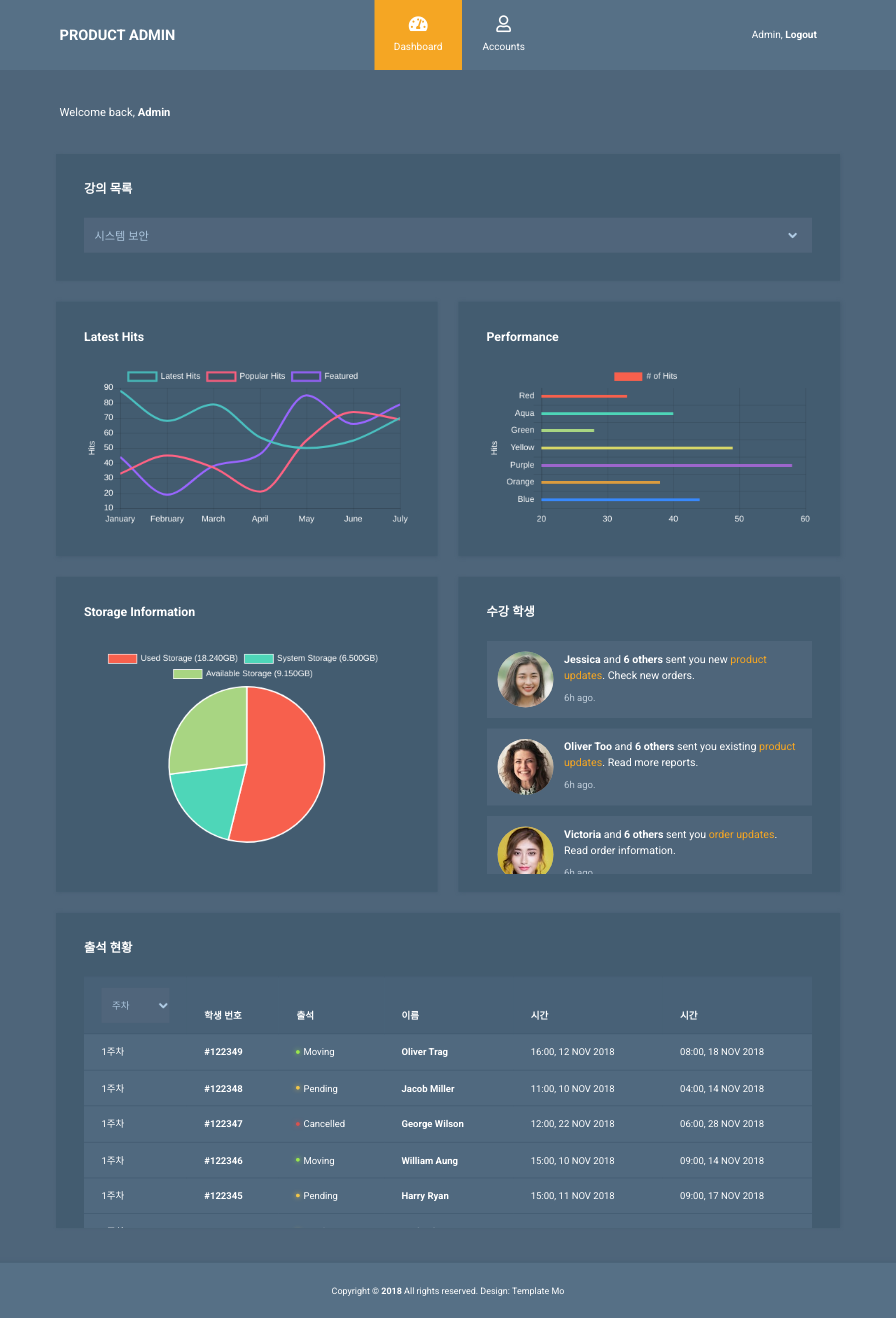
Repository: YJ-S2/2019-FaceAPI
Page: test1-master/web/123/WebContent/web1.html
The author's editor kept a copy of each file at every save. The page is drawn from the files as they stood at one save, then again after the next save.
The browser window is 1280 px wide. The pictures show the whole page, at 70% of full size.
An inner scrolling area shows only its first screen.

Above is the page before, as saved 2019-08-07 04:33:21.

### test1-master/web/123/WebContent/web1.html
<!DOCTYPE html>
<html lang="en">

<head>
    <meta charset="UTF-8">
    <meta name="viewport" content="width=device-width, initial-scale=1.0">
    <meta http-equiv="X-UA-Compatible" content="ie=edge">
    <title>Product Admin - Dashboard HTML Template</title>
    <link rel="stylesheet" href="https://fonts.googleapis.com/css?family=Roboto:400,700">
    <!-- https://fonts.google.com/specimen/Roboto -->
    <link rel="stylesheet" href="css/fontawesome.min.css">
    <!-- https://fontawesome.com/ -->
    <link rel="stylesheet" href="css/bootstrap.min.css">
    <!-- https://getbootstrap.com/ -->
    <link rel="stylesheet" href="css/templatemo-style.css">
    <!--
	Product Admin CSS Template
	https://templatemo.com/tm-524-product-admin
	-->
	<style>
	.h20{
		height:50px;
	}
	</style>
</head>

<body id="reportsPage">
    <div class="" id="home">
        <nav class="navbar navbar-expand-xl">
            <div class="container h-100">
                <a class="navbar-brand" href="index.html">
                    <h1 class="tm-site-title mb-0">Product Admin</h1>
                </a>
                <button class="navbar-toggler ml-auto mr-0" type="button" data-toggle="collapse" data-target="#navbarSupportedContent"
                    aria-controls="navbarSupportedContent" aria-expanded="false" aria-label="Toggle navigation">
                    <i class="fas fa-bars tm-nav-icon"></i>
                </button>

                <div class="collapse navbar-collapse" id="navbarSupportedContent">
                    <ul class="navbar-nav mx-auto h-100">
                        <li class="nav-item">
                            <a class="nav-link active" href="#">
                                <i class="fas fa-tachometer-alt"></i>
                                Dashboard
                                <span class="sr-only">(current)</span>
                            </a>
                        </li>

                        <li class="nav-item">
                            <a class="nav-link" href="accounts.html">
                                <i class="far fa-user"></i>
                                Accounts
                            </a>
                        </li>
                    </ul>
                    <ul class="navbar-nav">
                        <li class="nav-item">
                            <a class="nav-link d-block" href="login.html">
                                Admin, <b>Logout</b>
                            </a>
                        </li>
                    </ul>
                </div>
            </div>

        </nav>
        <div class="container">
            <div class="row">
                <div class="col">
                    <p class="text-white mt-5 mb-5">Welcome back, <b>Admin</b></p>
                </div>
            </div>
            <div class="row tm-content-row">
		          <div class="col-12 tm-block-col">
		            <div class="tm-bg-primary-dark tm-block tm-block-h-auto">
		              <h2 class="tm-block-title">강의 목록</h2>
		              <select class="custom-select">
		                <option value="0">시스템 보안</option>
		                <option value="1">모바일 소프트웨어</option>
		                <option value="2">시스템 프로그래밍</option>
		                <option value="3">데이터베이스 개론</option>
		                <option value="4">컴퓨터 구조</option>
		              </select>
		            </div>
		          </div>
		        </div>
            <!-- row -->
            <div class="row tm-content-row">

                <div class="col-sm-12 col-md-12 col-lg-6 col-xl-6 tm-block-col">
                    <div class="tm-bg-primary-dark tm-block">
                        <h2 class="tm-block-title">Latest Hits</h2>
                        <canvas id="lineChart"></canvas>
                    </div>
                </div>
                <div class="col-sm-12 col-md-12 col-lg-6 col-xl-6 tm-block-col">
                    <div class="tm-bg-primary-dark tm-block">
                        <h2 class="tm-block-title">Performance</h2>
                        <canvas id="barChart"></canvas>
                    </div>
                </div>

                <div class="col-sm-12 col-md-12 col-lg-6 col-xl-6 tm-block-col">
                    <div class="tm-bg-primary-dark tm-block tm-block-taller">
                        <h2 class="tm-block-title">Storage Information</h2>
                        <div id="pieChartContainer">
                            <canvas id="pieChart" class="chartjs-render-monitor" width="200" height="200"></canvas>
                        </div>
                    </div>
                </div>
                <div class="col-sm-12 col-md-12 col-lg-6 col-xl-6 tm-block-col">
                    <div class="tm-bg-primary-dark tm-block tm-block-taller tm-block-overflow">
                        <h2 class="tm-block-title">수강 학생</h2>
                        <div class="tm-notification-items">
                            <div class="media tm-notification-item">
                                <div class="tm-gray-circle"><img src="img/notification-01.jpg" alt="Avatar Image" class="rounded-circle"></div>
                                <div class="media-body">
                                    <p class="mb-2"><b>Jessica</b> and <b>6 others</b> sent you new <a href="#"
                                            class="tm-notification-link">product updates</a>. Check new orders.</p>
                                    <span class="tm-small tm-text-color-secondary">6h ago.</span>
                                </div>
                            </div>
                            <div class="media tm-notification-item">
                                <div class="tm-gray-circle"><img src="img/notification-02.jpg" alt="Avatar Image" class="rounded-circle"></div>
                                <div class="media-body">
                                    <p class="mb-2"><b>Oliver Too</b> and <b>6 others</b> sent you existing <a href="#"
                                            class="tm-notification-link">product updates</a>. Read more reports.</p>
                                    <span class="tm-small tm-text-color-secondary">6h ago.</span>
                                </div>
                            </div>
                            <div class="media tm-notification-item">
                                <div class="tm-gray-circle"><img src="img/notification-03.jpg" alt="Avatar Image" class="rounded-circle"></div>
                                <div class="media-body">
                                    <p class="mb-2"><b>Victoria</b> and <b>6 others</b> sent you <a href="#"
                                            class="tm-notification-link">order updates</a>. Read order information.</p>
                                    <span class="tm-small tm-text-color-secondary">6h ago.</span>
                                </div>
                            </div>
                            <div class="media tm-notification-item">
                                <div class="tm-gray-circle"><img src="img/notification-01.jpg" alt="Avatar Image" class="rounded-circle"></div>
                                <div class="media-body">
                                    <p class="mb-2"><b>Laura Cute</b> and <b>6 others</b> sent you <a href="#"
                                            class="tm-notification-link">product records</a>.</p>
                                    <span class="tm-small tm-text-color-secondary">6h ago.</span>
                                </div>
                            </div>
                            <div class="media tm-notification-item">
                                <div class="tm-gray-circle"><img src="img/notification-02.jpg" alt="Avatar Image" class="rounded-circle"></div>
                                <div class="media-body">
                                    <p class="mb-2"><b>Samantha</b> and <b>6 others</b> sent you <a href="#"
                                            class="tm-notification-link">order stuffs</a>.</p>
                                    <span class="tm-small tm-text-color-secondary">6h ago.</span>
                                </div>
                            </div>
                            <div class="media tm-notification-item">
                                <div class="tm-gray-circle"><img src="img/notification-03.jpg" alt="Avatar Image" class="rounded-circle"></div>
                                <div class="media-body">
                                    <p class="mb-2"><b>Sophie</b> and <b>6 others</b> sent you <a href="#"
                                            class="tm-notification-link">product updates</a>.</p>
                                    <span class="tm-small tm-text-color-secondary">6h ago.</span>
                                </div>
                            </div>
                            <div class="media tm-notification-item">
                                <div class="tm-gray-circle"><img src="img/notification-01.jpg" alt="Avatar Image" class="rounded-circle"></div>
                                <div class="media-body">
                                    <p class="mb-2"><b>Lily A</b> and <b>6 others</b> sent you <a href="#"
                                            class="tm-notification-link">product updates</a>.</p>
                                    <span class="tm-small tm-text-color-secondary">6h ago.</span>
                                </div>
                            </div>
                            <div class="media tm-notification-item">
                                <div class="tm-gray-circle"><img src="img/notification-02.jpg" alt="Avatar Image" class="rounded-circle"></div>
                                <div class="media-body">
                                    <p class="mb-2"><b>Amara</b> and <b>6 others</b> sent you <a href="#"
                                            class="tm-notification-link">product updates</a>.</p>
                                    <span class="tm-small tm-text-color-secondary">6h ago.</span>
                                </div>
                            </div>
                            <div class="media tm-notification-item">
                                <div class="tm-gray-circle"><img src="img/notification-03.jpg" alt="Avatar Image" class="rounded-circle"></div>
                                <div class="media-body">
                                    <p class="mb-2"><b>Cinthela</b> and <b>6 others</b> sent you <a href="#"
                                            class="tm-notification-link">product updates</a>.</p>
                                    <span class="tm-small tm-text-color-secondary">6h ago.</span>
                                </div>
                            </div>
                        </div>
                    </div>
                </div>
                <div class="col-12 tm-block-col">
                    <div class="tm-bg-primary-dark tm-block tm-block-taller tm-block-scroll">
                    	<h2 class="tm-block-title">출석 현황</h2>



                        <table class="table">
                            <thead>
                                <tr>
                                	<th scope="col">
	                                	<select class="custom-select h20">
	                                		<option value="0">주차</option>
							                <option value="1">1 주차</option>
							                <option value="2">2 주차</option>
							                <option value="3">3 주차</option>
							                <option value="4">4 주차</option>
							           	</select>
							        </th>
                                    <th scope="col">학생 번호</th>
                                    <th scope="col">출석</th>
                                    <th scope="col">이름</th>
                                    <th scope="col">시간</th>
                                    <th scope="col">시간</th>
                                </tr>
                            </thead>
                            <tbody>
                                <tr>
                                	<td>1주차</td>
                                    <th scope="row"><b>#122349</b></th>
                                    <td>
                                        <div class="tm-status-circle moving">
                                        </div>Moving
                                    </td>
                                    <td><b>Oliver Trag</b></td>
                                    <td>16:00, 12 NOV 2018</td>
                                    <td>08:00, 18 NOV 2018</td>
                                </tr>
                                <tr>
                                	<td>1주차</td>
                                    <th scope="row"><b>#122348</b></th>
                                    <td>
                                        <div class="tm-status-circle pending">
                                        </div>Pending
                                    </td>
                                    <td><b>Jacob Miller</b></td>
                                    <td>11:00, 10 NOV 2018</td>
                                    <td>04:00, 14 NOV 2018</td>
                                </tr>
                                <tr>
                                	<td>1주차</td>
                                    <th scope="row"><b>#122347</b></th>
                                    <td>
                                        <div class="tm-status-circle cancelled">
                                        </div>Cancelled
                                    </td>
                                    <td><b>George Wilson</b></td>
                                    <td>12:00, 22 NOV 2018</td>
                                    <td>06:00, 28 NOV 2018</td>
                                </tr>
                                <tr>
                                	<td>1주차</td>
                                    <th scope="row"><b>#122346</b></th>
                                    <td>
                                        <div class="tm-status-circle moving">
                                        </div>Moving
                                    </td>
                                    <td><b>William Aung</b></td>
                                    <td>15:00, 10 NOV 2018</td>
                                    <td>09:00, 14 NOV 2018</td>
                                </tr>
                                <tr>
                                	<td>1주차</td>
                                    <th scope="row"><b>#122345</b></th>
                                    <td>
                                        <div class="tm-status-circle pending">
                                        </div>Pending
                                    </td>
                                    <td><b>Harry Ryan</b></td>
                                    <td>15:00, 11 NOV 2018</td>
                                    <td>09:00, 17 NOV 2018</td>
                                </tr>
                                <tr>
                                	<td>1주차</td>
                                    <th scope="row"><b>#122344</b></th>
                                    <td>
                                        <div class="tm-status-circle pending">
                                        </div>Pending
                                    </td>
                                    <td><b>Michael Jones</b></td>
                                    <td>18:00, 12 OCT 2018</td>
                                    <td>06:00, 18 OCT 2018</td>
                                </tr>
                                <tr>
                                	<td>1주차</td>
                                    <th scope="row"><b>#122343</b></th>
                                    <td>
                                        <div class="tm-status-circle moving">
                                        </div>Moving
                                    </td>
                                    <td><b>Timmy Davis</b></td>
                                    <td>12:00, 10 OCT 2018</td>
                                    <td>08:00, 18 OCT 2018</td>
                                </tr>
                                <tr>
                                	<td>1주차</td>
                                    <th scope="row"><b>#122342</b></th>
                                    <td>
                                        <div class="tm-status-circle moving">
                                        </div>Moving
                                    </td>
                                    <td><b>Oscar Phyo</b></td>
                                    <td>15:30, 06 OCT 2018</td>
                                    <td>09:30, 16 OCT 2018</td>
                                </tr>
                                <tr>
                                	<td>1주차</td>
                                    <th scope="row"><b>#122341</b></th>
                                    <td>
                                        <div class="tm-status-circle moving">
                                        </div>Moving
                                    </td>
                                    <td><b>Charlie Brown</b></td>
                                    <td>11:00, 10 OCT 2018</td>
                                    <td>03:00, 14 OCT 2018</td>
                                </tr>
                                <tr>
                                	<td>1주차</td>
                                    <th scope="row"><b>#122340</b></th>
                                    <td>
                                        <div class="tm-status-circle cancelled">
                                        </div>Cancelled
                                    </td>
                                    <td><b>Wilson Cookies</b></td>
                                    <td>17:30, 12 OCT 2018</td>
                                    <td>08:30, 22 OCT 2018</td>
                                </tr>
                                <tr>
                                	<td>1주차</td>
                                    <th scope="row"><b>#122339</b></th>
                                    <td>
                                        <div class="tm-status-circle moving">
                                        </div>Moving
                                    </td>
                                    <td><b>Richard Clamon</b></td>
                                    <td>15:00, 12 OCT 2018</td>
                                    <td>09:20, 26 OCT 2018</td>
                                </tr>
                            </tbody>
                        </table>
                    </div>
                </div>
            </div>
        </div>
        <footer class="tm-footer row tm-mt-small">
            <div class="col-12 font-weight-light">
                <p class="text-center text-white mb-0 px-4 small">
                    Copyright &copy; <b>2018</b> All rights reserved.

                    Design: <a rel="nofollow noopener" href="https://templatemo.com" class="tm-footer-link">Template Mo</a>
                </p>
            </div>
        </footer>
    </div>

    <script src="js/jquery-3.3.1.min.js"></script>
    <!-- https://jquery.com/download/ -->
    <script src="js/moment.min.js"></script>
    <!-- https://momentjs.com/ -->
    <script src="js/Chart.min.js"></script>
    <!-- http://www.chartjs.org/docs/latest/ -->
    <script src="js/bootstrap.min.js"></script>
    <!-- https://getbootstrap.com/ -->
    <script src="js/tooplate-scripts.js"></script>
    <script>
        Chart.defaults.global.defaultFontColor = 'white';
        let ctxLine,
            ctxBar,
            ctxPie,
            optionsLine,
            optionsBar,
            optionsPie,
            configLine,
            configBar,
            configPie,
            lineChart;
        barChart, pieChart;
        // DOM is ready
        $(function () {
            drawLineChart(); // Line Chart
            drawBarChart(); // Bar Chart
            drawPieChart(); // Pie Chart

            $(window).resize(function () {
                updateLineChart();
                updateBarChart();
            });
        })
    </script>
</body>

</html>

Loaded but not shown: test1-master/web/123/WebContent/css/fontawesome.min.css (library); test1-master/web/123/WebContent/css/bootstrap.min.css (library); test1-master/web/123/WebContent/js/jquery-3.3.1.min.js (library); test1-master/web/123/WebContent/js/moment.min.js (library); test1-master/web/123/WebContent/js/Chart.min.js (library); test1-master/web/123/WebContent/js/bootstrap.min.js (library); test1-master/web/123/WebContent/js/tooplate-scripts.js (common file); test1-master/web/123/WebContent/css/templatemo-style.css (709 lines, source omitted)

After the next save:
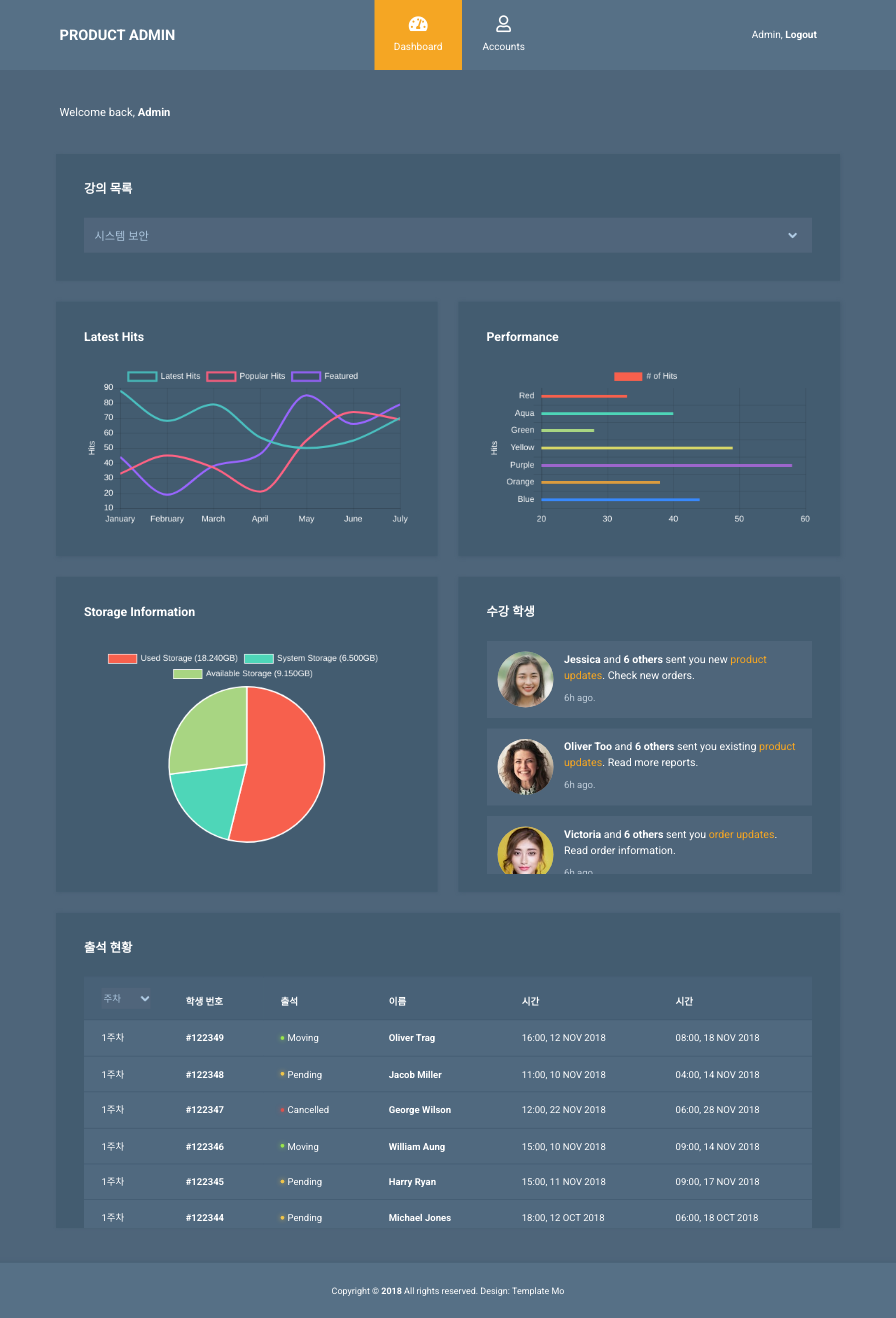
Saved 113 s later.
--- a/test1-master/web/123/WebContent/web1.html
+++ b/test1-master/web/123/WebContent/web1.html
@@ -18,8 +18,23 @@
 	https://templatemo.com/tm-524-product-admin
 	-->
 	<style>
-	.h20{
-		height:50px;
+	.custom-select30 {
+	  width: 100%;
+	  border: none;
+	  color: #acc6de;
+	  height: 30px;
+	  -webkit-appearance: none;
+	  -moz-appearance: none;
+	  -ms-appearance: none;
+	  -o-appearance: none;
+	  appearance: none;
+	  -webkit-border-radius: 0;
+	  -moz-border-radius: 0;
+	  -ms-border-radius: 0;
+	  -o-border-radius: 0;
+	  border-radius: 0;
+	  padding: 3px;
+	  background: url(../img/arrow-down.png) 98% no-repeat #50657b;
 	}
 	</style>
 </head>
@@ -197,7 +212,7 @@
                             <thead>
                                 <tr>
                                 	<th scope="col">
-	                                	<select class="custom-select h20">
+	                                	<select class="custom-select30">
 	                                		<option value="0">주차</option>
 							                <option value="1">1 주차</option>
 							                <option value="2">2 주차</option>
